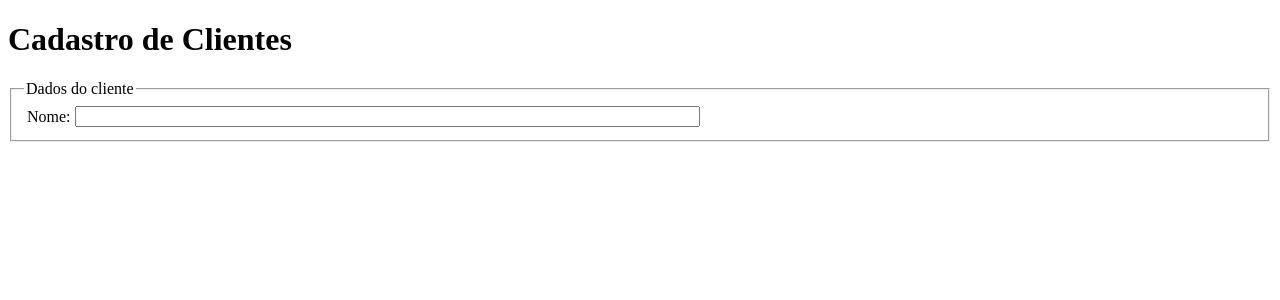
Repository: GabrielGGhost/EstudoJavaAW1-AW2
Page: estudos21/WebContent/cadastro.html
The author's editor kept a copy of each file at every save. The page is drawn from the files as they stood at one save, then again after the next save.
The browser window is 1280 px wide. The pictures show the whole page.

Above is the page before, as saved 2020-10-31 20:09:58.

After the next save:
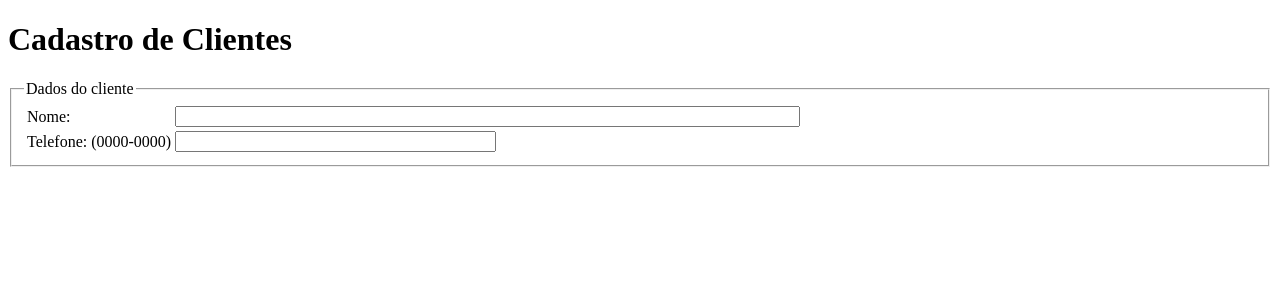
Saved 2 min 22 s later.
--- a/estudos21/WebContent/cadastro.html
+++ b/estudos21/WebContent/cadastro.html
@@ -57,7 +57,11 @@
 			<table>
 				<tr>
 					<td><label for='nome'>Nome:</label></td>
-					<td colspan='3'><input name='nome' id='nome' type='text' size='75' maxlength='255'></td>
+					<td colspan='3'><input name='nome' id='nome' type='text' size='75' maxlength='255'/></td>
+				</tr>
+				<tr>
+					<td><label for='telefone'>Telefone: (0000-0000)</label></td>
+					<td><input name='telefone' id='telefone' type='text' size='37'/></td>
 				</tr>
 			</table>
 		</fieldset>
